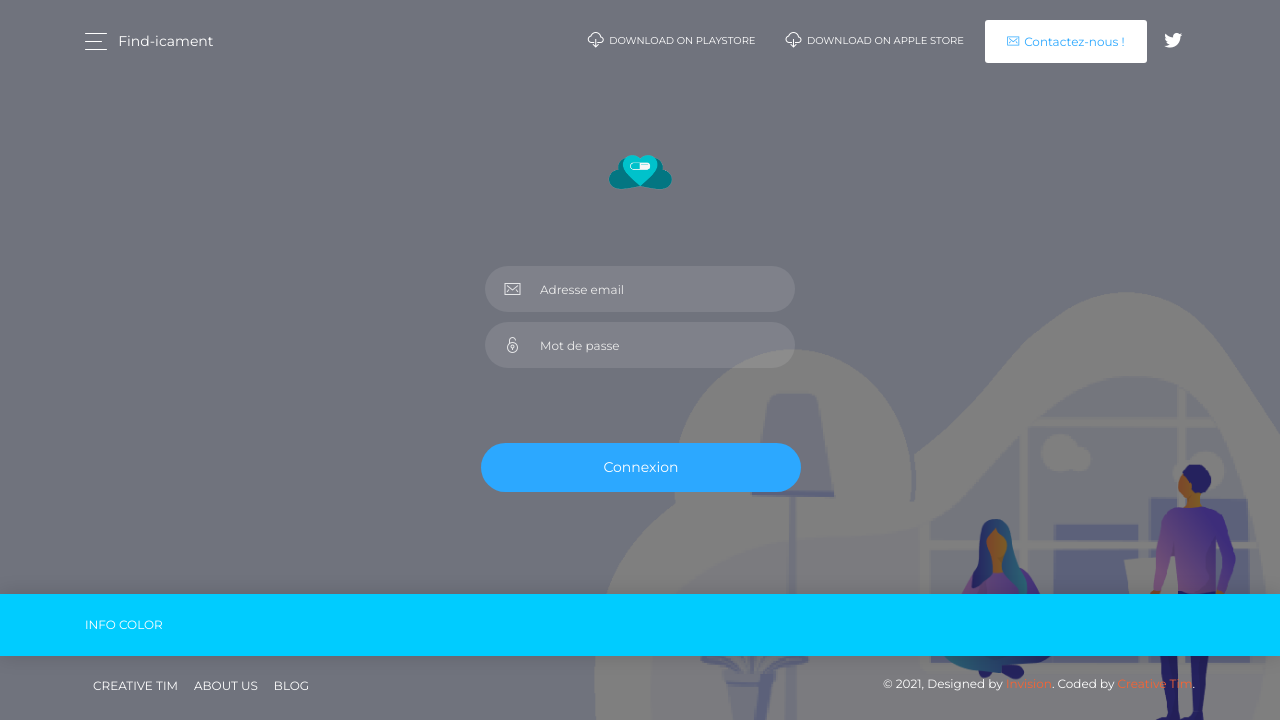
Repository: sdeschaepmeester/samanthawebsite
Page: /login-page
An editor plug-in stored every save of this project. The page is shown before and after the next save, followed by the edit.
The browser window is 1280 px wide. The pictures show the whole page.
The project was rebuilt for these pictures with package versions that can differ from the ones it lists, and the page was loaded fresh each time. Also part of the build but not shown: src/assets/demo/nucleo-icons-page-styles.css, src/components/Navbars/IndexNavbar.js, src/components/Headers/IndexHeader.js, src/components/Footers/DarkFooter.js, src/views/index-sections/Images.js, src/views/index-sections/Introduction.js, src/views/index-sections/BasicElements.js, src/views/index-sections/Navbars.js and 20 more.

Above is the page before, as saved 2021-05-31 21:21:36.

After the next save:
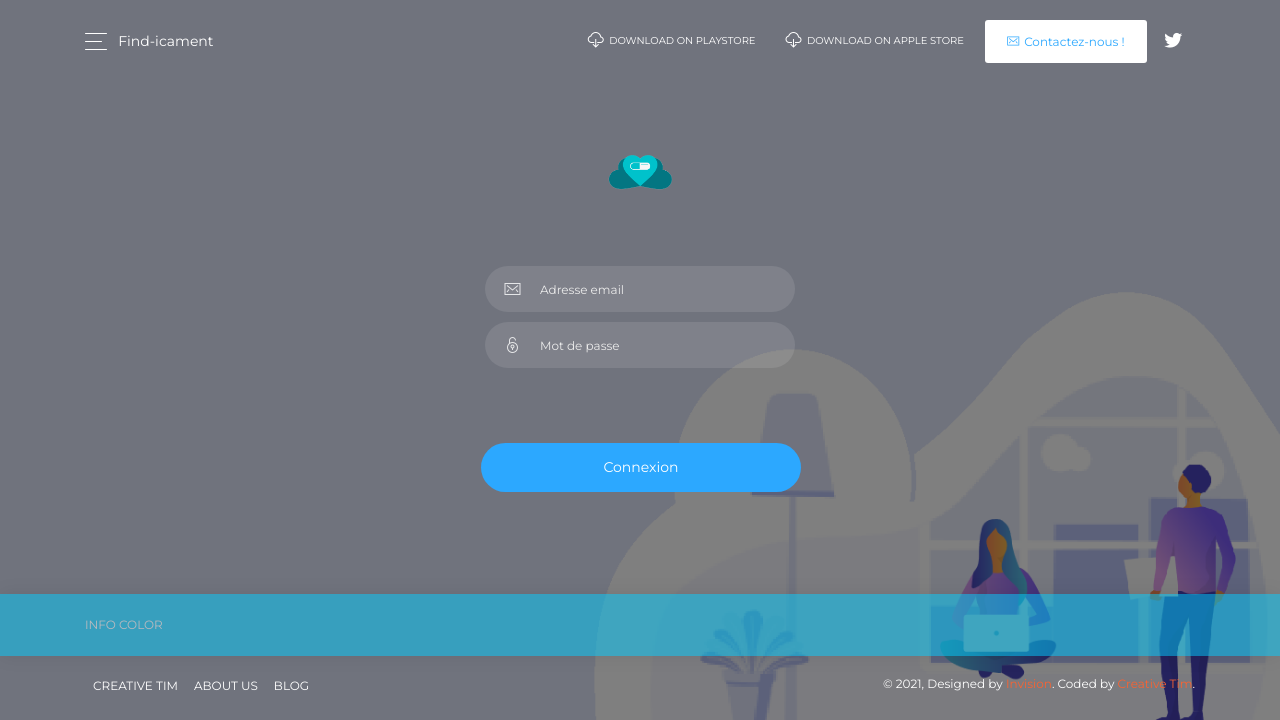
Saved 33 s later.
--- a/src/views/examples/LoginPage.js
+++ b/src/views/examples/LoginPage.js
@@ -127,7 +127,7 @@ function LoginPage() {
             </Col>
           </Container>
         </div>
-            <Navbar style={{ backgroundColor: "#00ccff"}} >
+            <Navbar style={{ backgroundColor: "#00ccff", opacity: 0.5}} >
               <Container>
                 <div className="navbar-translate">
                   <NavbarBrand
